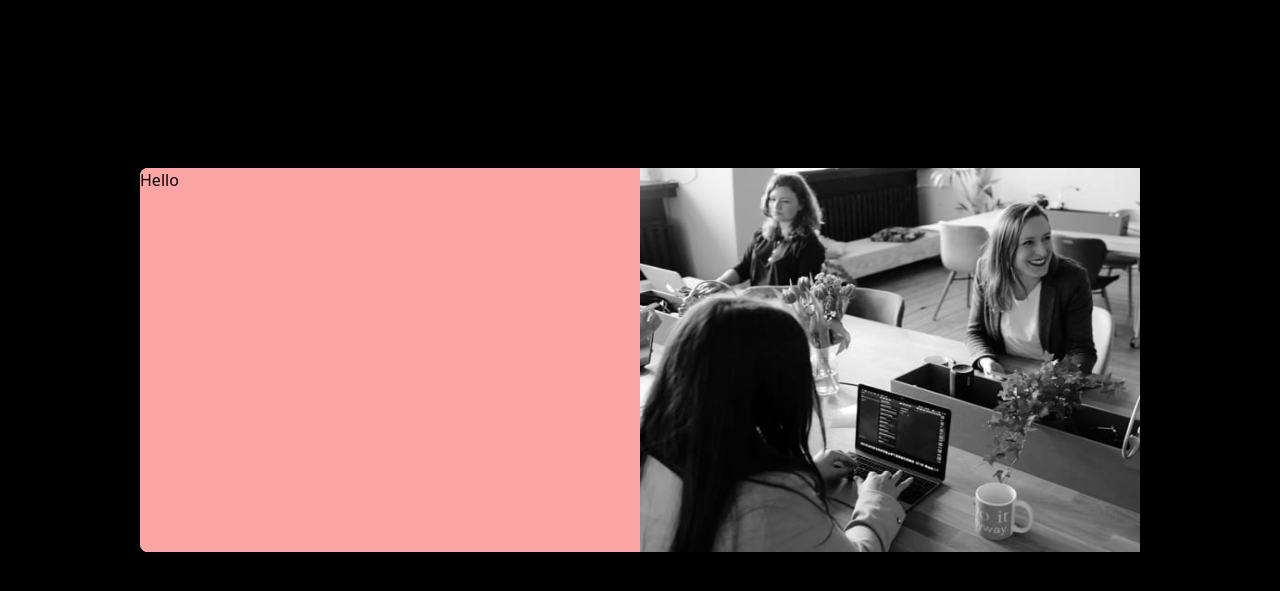
Repository: BerlinWebDev/FrontendMaster_PreviewMentor
Page: /
The author's editor kept a copy of each file at every save. The page is drawn from the files as they stood at one save, then again after the next save.
The browser window is 1280 px wide. The pictures show the whole page.
The project was rebuilt for these pictures with package versions that can differ from the ones it lists, and the page was loaded fresh each time.

Above is the page before, as saved 2023-11-11 01:48:53.

### src/App.js
import Image from "./assets/image-header-desktop.jpg";

function App() {
  return (
    <>
      <header>
        <title>Challenge</title>
        <meta name="description" content="Challenge" />
        <link rel="icon" href="/favicon.ico" />
      </header>
      <main className="flex min-h-screen flex-col items-center justify-center bg-black">
        <div className="flex h-96 w-[1000px] rounded-lg bg-white">
          <aside className="w-1/2 bg-red-300 rounded-l-lg">Hello</aside>
          <aside className="w-1/2 bg-red-200 rounded-l-lg">
            <img
              className="h-96 w-[500px] a"
              src={Image}
              alt="Header-Desktop"
            />
          </aside>
        </div>
      </main>
    </>
  );
}

export default App;

Loaded but not shown: public/index.html (common file); src/index.js (common file); src/index.css (common file); tailwind.config.js (common file)

After the next save:
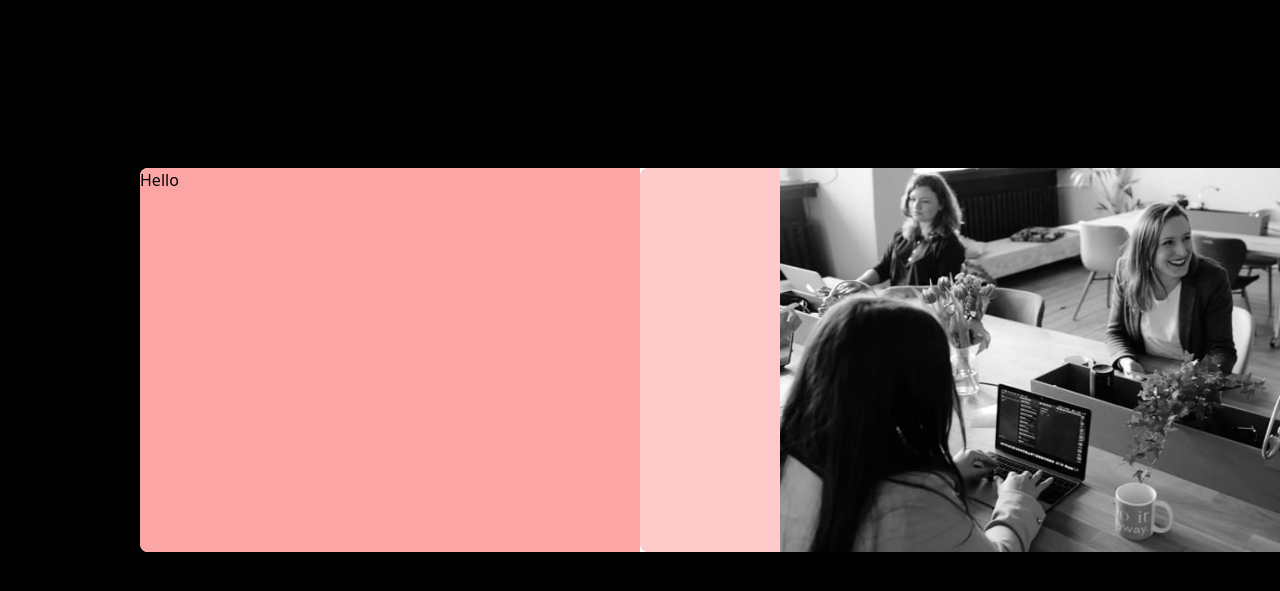
Saved 5 s later.
--- a/src/App.js
+++ b/src/App.js
@@ -13,7 +13,7 @@
           <aside className="w-1/2 bg-red-300 rounded-l-lg">Hello</aside>
           <aside className="w-1/2 bg-red-200 rounded-l-lg">
             <img
-              className="h-96 w-[500px] a"
+              className="h-96 w-[500px] absolute right-0"
               src={Image}
               alt="Header-Desktop"
             />

After the save that followed:
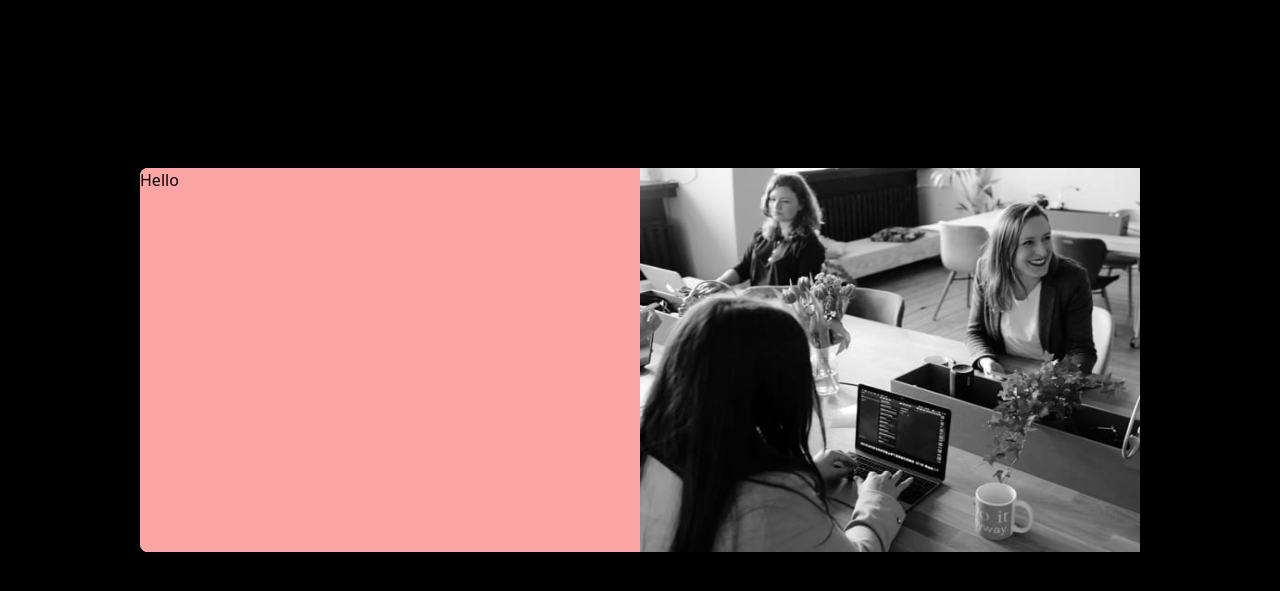
Saved 17 s later.
--- a/src/App.js
+++ b/src/App.js
@@ -13,7 +13,7 @@
           <aside className="w-1/2 bg-red-300 rounded-l-lg">Hello</aside>
           <aside className="w-1/2 bg-red-200 rounded-l-lg">
             <img
-              className="h-96 w-[500px] absolute right-0"
+              className="h-96 w-[500px] aspect-auto"
               src={Image}
               alt="Header-Desktop"
             />
